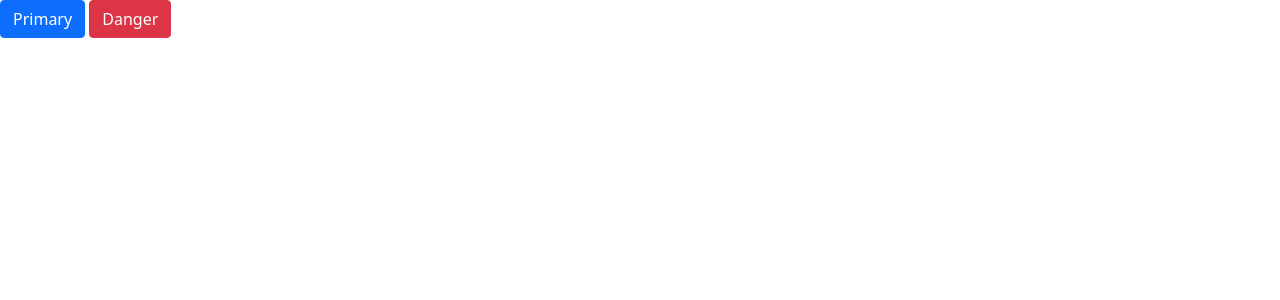
Repository: RyuGeunHwan/code_J
Page: test.html
The author's editor kept a copy of each file at every save. The page is drawn from the files as they stood at one save, then again after the next save.
The browser window is 1280 px wide. The pictures show the whole page.

Above is the page before, as saved 2022-08-29 15:51:15.

### test.html
<!DOCTYPE html>
<html lang="en">
<head>
    <meta charset="UTF-8">
    <meta http-equiv="X-UA-Compatible" content="IE=edge">
    <meta name="viewport" content="width=device-width, initial-scale=1.0">
    <title>Document</title>
    <link href="https://cdn.jsdelivr.net/npm/bootstrap@5.1.3/dist/css/bootstrap.min.css" rel="stylesheet" integrity="sha384-1BmE4kWBq78iYhFldvKuhfTAU6auU8tT94WrHftjDbrCEXSU1oBoqyl2QvZ6jIW3" crossorigin="anonymous">
    <link rel="stylesheet" href="style.css">
</head>
<body>
    <button type="button" class="btn btn-primary">Primary</button>
    <button type="button" class="btn btn-danger">Danger</button>



    <script src="https://cdn.jsdelivr.net/npm/bootstrap@5.1.3/dist/js/bootstrap.bundle.min.js" integrity="sha384-ka7Sk0Gln4gmtz2MlQnikT1wXgYsOg+OMhuP+IlRH9sENBO0LRn5q+8nbTov4+1p" crossorigin="anonymous"></script>
</body>
</html>

### style.css
.btn{

}

After the next save:
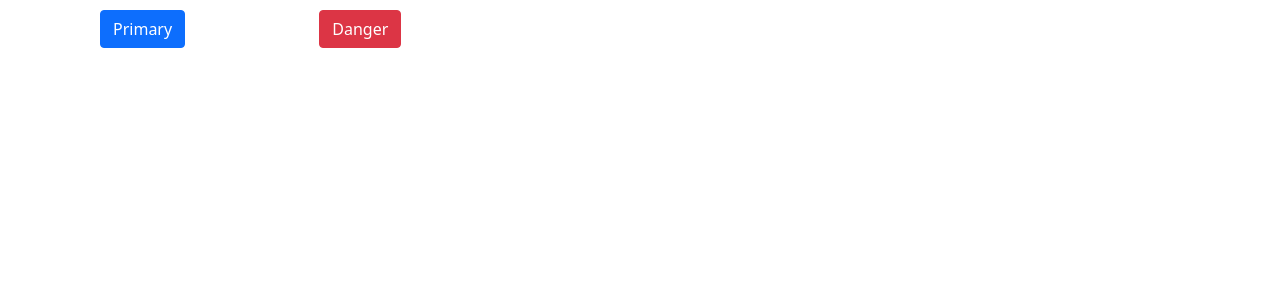
Saved 2 min 4 s later.
--- a/style.css
+++ b/style.css
@@ -1,3 +1,3 @@
 .btn{
-
+margin: 10px 30px 50px 100px ;
 }
